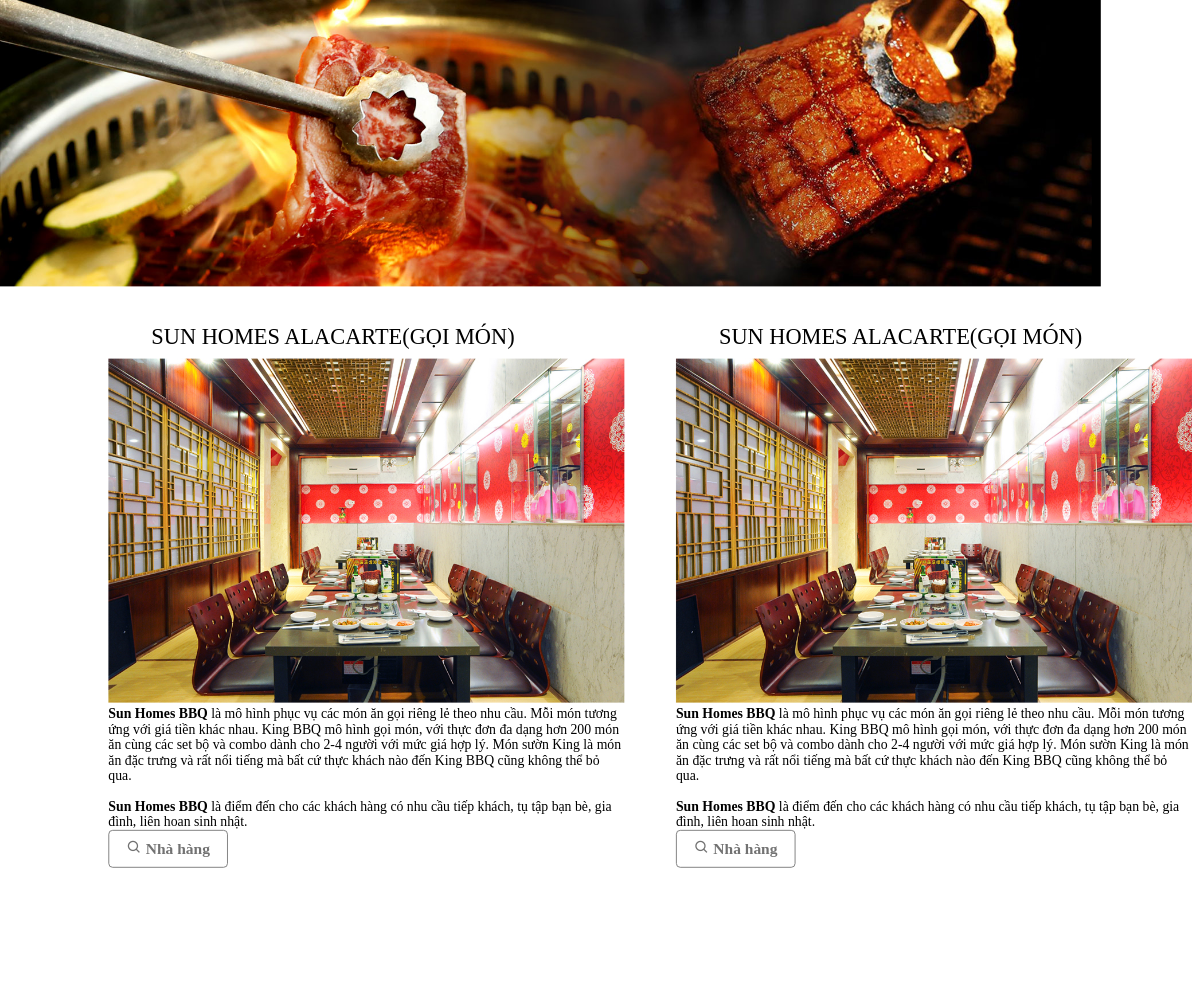
Repository: QUANGTHAI2003/sunhomesbbq
Page: GioiThieu.html
These files come from the project's save history. The page is drawn as it stood at one moment and after the next save; the edit follows.
The browser window is 1280 px wide. The page is 1386 px wide, so the pictures cover 1386 px, including what lies to the right of the window. The pictures show the whole page, at 86% of full size.

Above is the page before, as saved 2022-02-13 11:20:09.

### GioiThieu.html
<!DOCTYPE html>
<html lang="en">
<head>
    <meta charset="UTF-8">
    <meta http-equiv="X-UA-Compatible" content="IE=edge">
    <meta name="viewport" content="width=device-width, initial-scale=1.0">
    <title>Document</title>
    <link href='https://unpkg.com/boxicons@2.1.1/css/boxicons.min.css' rel='stylesheet'>
    <link rel="stylesheet" href="style.css">
</head>
<body>
    <img src="img/banner.jpg" width="100%" top="0" alt="">
    <div class="wrapper">
        <div class="Gioi-Thieu1">
            <div class="heading-GT">SUN HOMES ALACARTE(GỌI MÓN)</div>
                <img src="./img/Gioi-Thieu1.jpg" alt="">
                <p><strong>Sun Homes BBQ</strong> là mô hình phục vụ các món ăn gọi riêng lẻ theo nhu cầu. Mỗi món tương ứng với giá tiền khác nhau. King
                BBQ mô hình gọi món, với thực đơn đa dạng hơn 200 món ăn cùng các set bộ và combo dành cho 2-4 người với mức giá hợp lý.
                Món sườn King là món ăn đặc trưng và rất nổi tiếng mà bất cứ thực khách nào đến King BBQ cũng không thể bỏ qua. <br> <br>
                <strong>Sun Homes BBQ</strong> là điểm đến cho các khách hàng có nhu cầu tiếp khách, tụ tập bạn bè, gia đình, liên hoan sinh nhật.</p>
                <div class="btn-res">
                    <i class="bx bx-search"></i>
                    Nhà hàng
                </div>
        </div>
        <div class="Gioi-Thieu2">
            <div class="heading-GT">SUN HOMES ALACARTE(GỌI MÓN)</div>
                <img src="./img/Gioi-Thieu1.jpg" alt="">
                <p><strong>Sun Homes BBQ</strong> là mô hình phục vụ các món ăn gọi riêng lẻ theo nhu cầu. Mỗi món tương ứng với giá tiền khác nhau. King
                BBQ mô hình gọi món, với thực đơn đa dạng hơn 200 món ăn cùng các set bộ và combo dành cho 2-4 người với mức giá hợp lý.
                Món sườn King là món ăn đặc trưng và rất nổi tiếng mà bất cứ thực khách nào đến King BBQ cũng không thể bỏ qua. <br> <br>
                <strong>Sun Homes BBQ</strong> là điểm đến cho các khách hàng có nhu cầu tiếp khách, tụ tập bạn bè, gia đình, liên hoan sinh nhật.</p>
                <div class="btn-res">
                    <i class="bx bx-search"></i>
                    Nhà hàng
                </div>
        </div>
    </div>
</body>
</html>

### style.css
* {
    margin: 0;
    padding: 0;
    box-sizing: border-box;
}
html {
    scroll-behavior: smooth;
}
.container {
    overflow: hidden;
}

.header {
    height: 100px;
    background-color: #000;
    position: fixed;
    top: 0;
    right: 0;
    left: 0;
}

.header img {
    padding: 8px;
    width: 350px;
}
/* Navigation bar */

.nav {
    max-width: 85%;
    display: flex;
}

#logo {
    float: left;
    padding: 0 100px;
}

@media screen and (max-width: 1400px) {
    #logo {
        padding: 6px 50px;
    }
    .header img {
        width: 300px;
    }
    .nav a {
        font-size: 14px;
    }
}

.nav > ul {
    flex-wrap: wrap;
}

.nav li {
    list-style: none;
    line-height: 100px;
    font-weight: 500;
}

.nav li a {
    color: #c6c6c6;
    padding: 6px 15px;
    text-decoration: none;
}
.nav li a:active,
.nav li a:hover {
    color: #f3e385;
    font-weight: bold;
}
.nav li:active a {
    color: #f3e385;
    font-weight: bold;
}

.nav li:last-child a {
    border: 1px solid #c6c6c6;
    border-radius: 5px;
    text-transform: none;
}

.nav li:last-child a:hover {
    background-color: #f3e385;
    color: #000;
}
/* Content */
.content {
    height: 100vh;
}

.section-heading {
    font-family: 'Berkshire Swash', cursive;
    font-size: 30px;
    letter-spacing: 2px;
    word-spacing: 8px;
}

.content-section-sunhomes {
    display: flex;
    max-width: 85%;
    background-size: cover;
    background-position: 50% 50%;
    margin: 0 auto;
    padding: 24px;
}

.section-left-sunhomes {
    padding: 0 15px 30px;
    width: 50%;
}

.section-left-sunhomes .section-heading {
    font-size: 50px;
    margin: 0 0 15px;
    font-family: Berkshire Swash;
}

.section-left-sunhomes .section-content {
    font-size: 16px;
    margin: 0 0 20px;
    line-height: 1.4;
    color: #777777;
}

.section-left-sunhomes .section-content span {
    font-weight: 700;
}
.section-images-sunhomes {
    flex-basis: 50%;
}

.section-images-sunhomes img {
    width: 260px;
    height: 400px;
    flex-basis: 50%;
    padding: 15px;
}

@media screen and (max-width: 1400px) {
    .section-images-sunhomes img {
        width: 220px;
    }
}

.img-1 {
    display: inline-block;
    overflow: hidden;
    position: relative;
}

.img-1 img {
    transition: all 0.5s ease-in-out;
}

.img-1:hover img {
    -webkit-transform: scale(1.1);
    transform: scale(1.2);
}

.img-2 {
    display: inline-block;
    overflow: hidden;
    position: relative;
}

.img-2 img {
    transition: all 0.5s ease-in-out;
}

.img-2:hover img {
    -webkit-transform: scale(1.1);
    transform: scale(1.1);
}

.content-section-menu {
    display: flex;
    max-width: 85%;
    background-size: cover;
    background-position: 50% 50%;
    margin: 0 auto;
    padding: 24px;
}
.section-images-menu {
    display: flex;
}

.section-right-menu {
    flex: 1;
    padding: 30px 30px;
}

.section-right-menu .section-heading {
    color: #c0c0c0;
    font-size: 50px;
    margin: 0 15px;
}

.section-right-menu .section-content {
    font-size: 16px;
    margin: 0 20px;
    line-height: 1.4;
    color: #777777;
}

.section-right-menu .section-content span {
    font-weight: 700;
}
.section-images-menu {
    flex: 1;
}

.img-3 {
    filter: grayscale(100%);
}

.img-3:hover {
    filter: grayscale(0%);
    transition: 0.8s;
}

.img-4 {
    filter: grayscale(100%);
}

.img-4:hover {
    filter: grayscale(0%);
    transition: 0.8s;
}

.img-5 {
    filter: grayscale(100%);
}

.img-5:hover {
    filter: grayscale(0%);
    transition: 0.8s;
}

.img-6 {
    filter: grayscale(100%);
}

.img-6:hover {
    filter: grayscale(0%);
    transition: 0.8s;
}

.section-images-menu img {
    width: 280px;
    height: 200px;
    flex-basis: 25%;
    padding: 15px;
}

.bg-menu {
    background-color: #000;
    height: 480px;
}

.btn-menu {
    display: inline-block;
    color: #c0c0c0;
    font-size: 18px;
    padding: 10px 20px;
    border: 1px solid #c6c6c6;
    border-radius: 5px;
    text-transform: none;
    margin: 12px 20px;
}

.btn-menu:hover {
    color: #555;
    background: #ccc;
    font-weight: bold;
}

.btn-menu .icon-menu {
    color: #c0c0c0;
    font-size: 16px;
}

.btn-menu:hover .icon-menu {
    color: #555;
    background: #ccc;
    font-weight: bold;
}

.icon-menu:hover {
    color: #ccc;
    background: #000;
}

.btn-res {
    display: inline-block;
    color: #727272;
    font-size: 18px;
    padding: 10px 20px;
    border: 1px solid #727272;
    border-radius: 5px;
    text-transform: none;
    font-weight: bold;
}

.btn-res:hover {
    color: #ccc;
    background: #555;
    font-weight: bold;
}

.btn-res .icon-menu {
    color: #000;
    font-size: 16px;
}

/* Footer */
.footer {
    background: #000;
    font-size: 14px;
    line-height: 1.4;
}

.copyright {
    display: flex;
    max-width: 80%;
    margin: 0 auto;
    justify-content: space-between;
    color: #ffffff80;
    padding: 10px;
    bottom: 0;
}

.sign-now {
    background: url(./img/banner.jpg);
    width: 100%;
    height: 100px;
}

.endow {
    max-width: 80%;
    margin: 0 auto;
    opacity: 1;
}

.sign-now span {
    color: #000;
    line-height: 100px;
    margin: 0 20px;
    font-size: 18px;
    font-weight: 500;
}

.sign-now .endow #Email {
    width: 360px;
    height: 40px;
    border-radius: 20px;
    padding: 0 15px;
    margin: 0 5px 0 120px;
    background: rgba(204, 204, 204, 0.4);
    outline: none;
}

.sign-now .endow #Email::placeholder {
    color: #fff;
    font-size: 18px;
}

.sign-now .endow #sign {
    width: 150px;
    height: 40px;
    border-radius: 8px;
    background: #f3e385;
}

.sign-now .endow #sign::placeholder {
    color: #000;
    font-size: 18px;
    font-weight: bold;
}

.sign-now .endow #sign:hover {
    opacity: 0.8;
}

@media screen and (max-width: 1400px) {
    .sign-now span {
        font-size: 16px;
    }

    .sign-now .endow #Email {
        margin: 0 5px 0 60px;
        width: 200px;
    }

    .sign-now .endow #sign {
        width: 120px;
    }
}

.brand {
    display: flex;
    height: 100px;
    justify-content: space-between;
    align-items: center;
    margin: 0 auto;
    max-width: 85%;
}

.brand img {
    width: 8%;
    height: 50px;
}

.brand1 {
    filter: grayscale(100%);
}

.brand1:hover {
    filter: grayscale(0%);
    transition: 0.8s;
}

.brand2 {
    filter: grayscale(100%);
}

.brand2:hover {
    filter: grayscale(0%);
    transition: 0.8s;
}

.brand3 {
    filter: grayscale(100%);
}

.brand3:hover {
    filter: grayscale(0%);
    transition: 0.8s;
}

.brand4 {
    filter: grayscale(100%);
}

.brand4:hover {
    filter: grayscale(0%);
    transition: 0.8s;
}

.brand5 {
    filter: grayscale(100%);
}

.brand5:hover {
    filter: grayscale(0%);
    transition: 0.8s;
}

.brand6 {
    filter: grayscale(100%);
}

.brand6:hover {
    filter: grayscale(0%);
    transition: 0.8s;
}

.brand7 {
    filter: grayscale(100%);
}

.brand7:hover {
    filter: grayscale(0%);
    transition: 0.8s;
}

.brand8 {
    filter: grayscale(100%);
}

.brand8:hover {
    filter: grayscale(0%);
    transition: 0.8s;
}

.brand9 {
    filter: grayscale(100%);
}

.brand9:hover {
    filter: grayscale(0%);
    transition: 0.8s;
}

.brand10 {
    filter: grayscale(100%);
}

.brand10:hover {
    filter: grayscale(0%);
    transition: 0.8s;
}

#myBtn {
    position: fixed;
    bottom: 30px;
    right: 10px;
    float: right;
    right: 5%;
    left: 95%;
    max-width: 30px;
    width: 80px;
    font-size: 20px;
    border-color: rgba(85, 85, 85, 0.2);
    background-color: rgb(100, 100, 100);
    padding: 1px;
    border-radius: 60px;
}

.arrow {
    font-size: 20px;
    padding: 1px 0;
}

#myBtn:hover {
    opacity: 0.8;
}

/* Gioi Thieu */
.wrapper {
    display: flex;
    max-width: 85%;
    margin: 0 auto;
}

.heading-GT {
    font-size: 26px;
    padding: 10px 50px;
}

.Gioi-Thieu1,
.Gioi-Thieu2 {
    width: 600px;
    height: 750px;
    margin: 30px 30px;
}

.Gioi-Thieu1 img,
.Gioi-Thieu2 img {
    width: 600px;
}

After the next save:
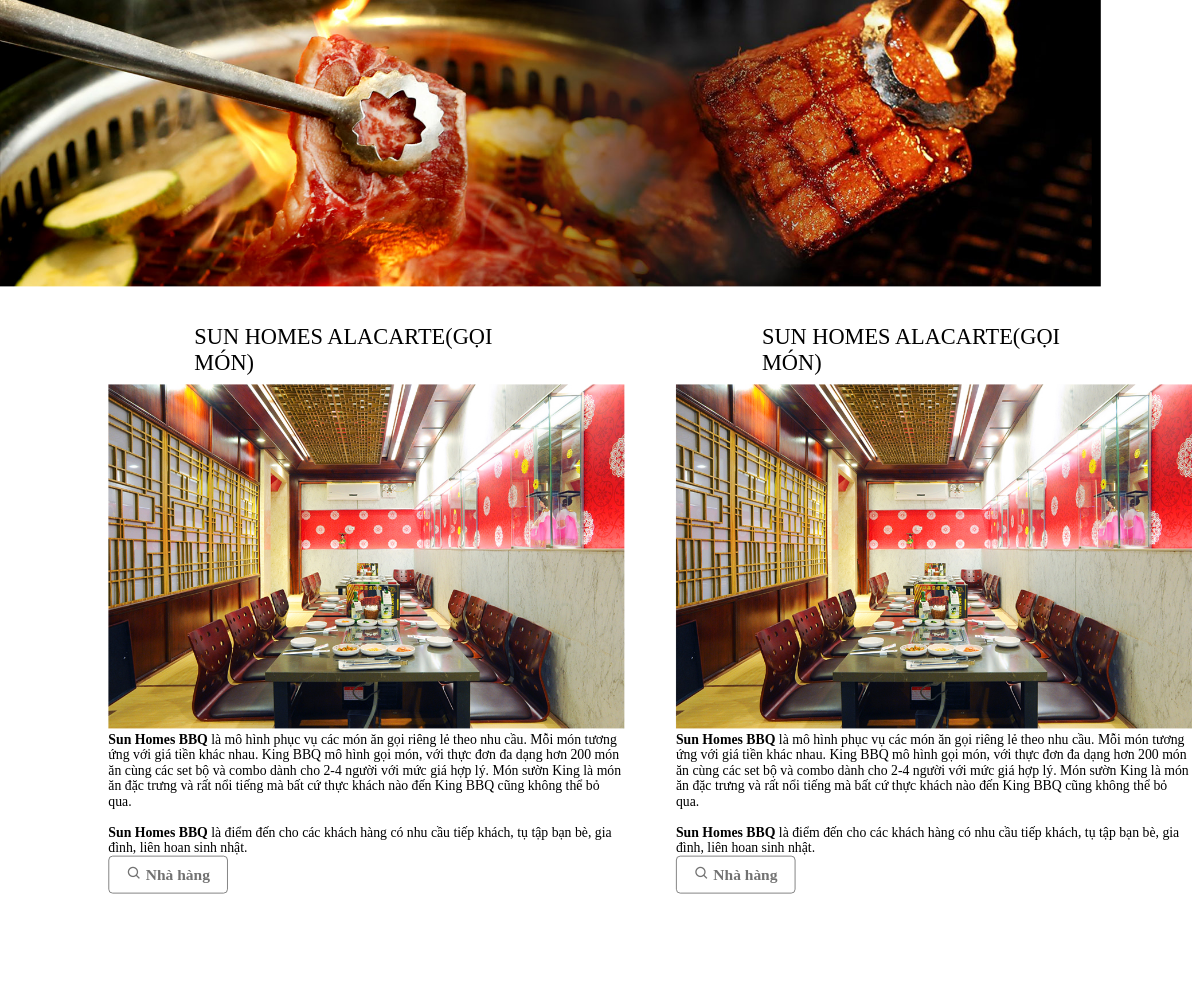
Saved 4 s later.
--- a/style.css
+++ b/style.css
@@ -533,7 +533,7 @@
 
 .heading-GT {
     font-size: 26px;
-    padding: 10px 50px;
+    padding: 10px 100px;
 }
 
 .Gioi-Thieu1,

After the save that followed:
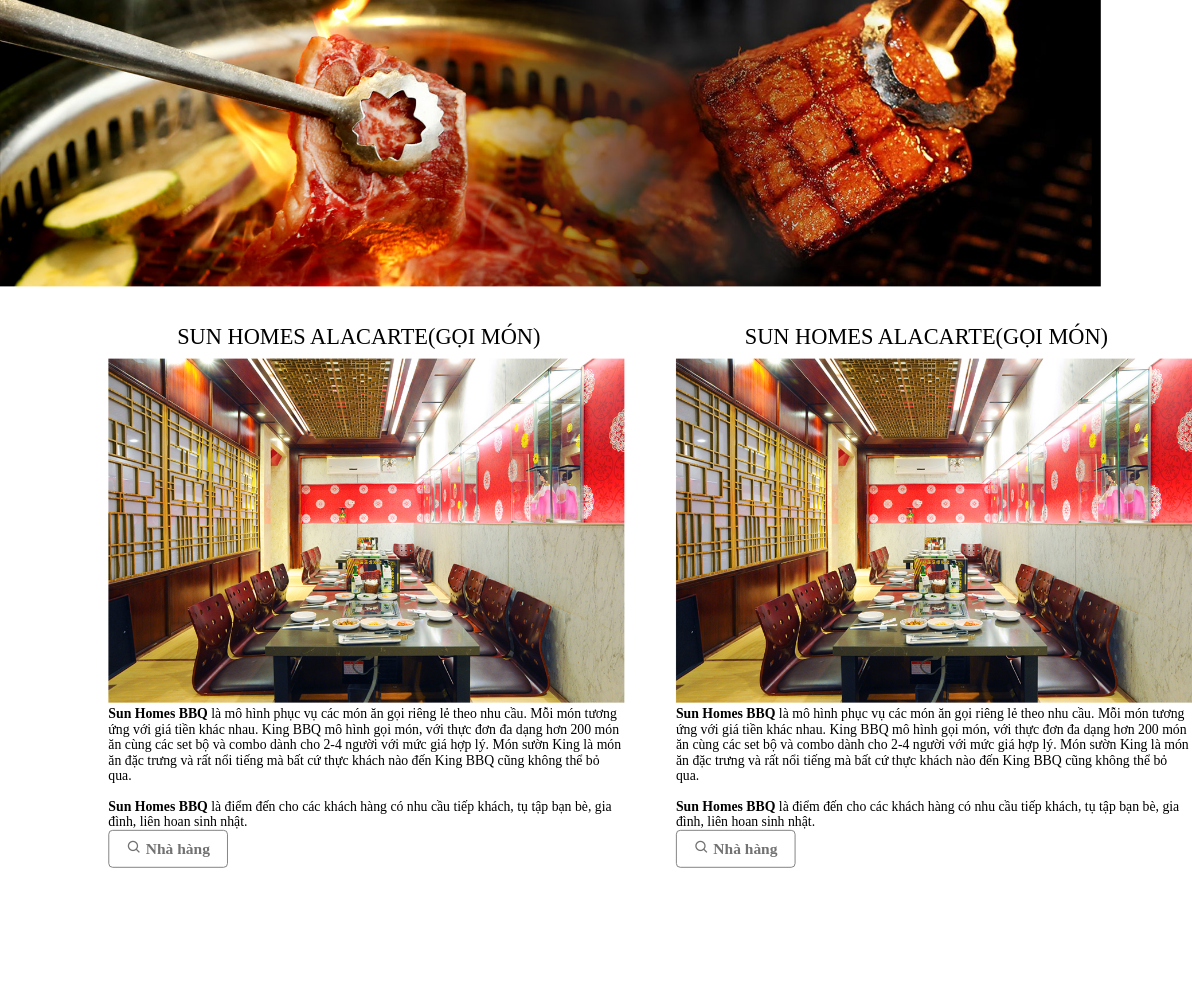
Saved 4 s later.
--- a/style.css
+++ b/style.css
@@ -533,7 +533,7 @@
 
 .heading-GT {
     font-size: 26px;
-    padding: 10px 100px;
+    padding: 10px 80px;
 }
 
 .Gioi-Thieu1,
